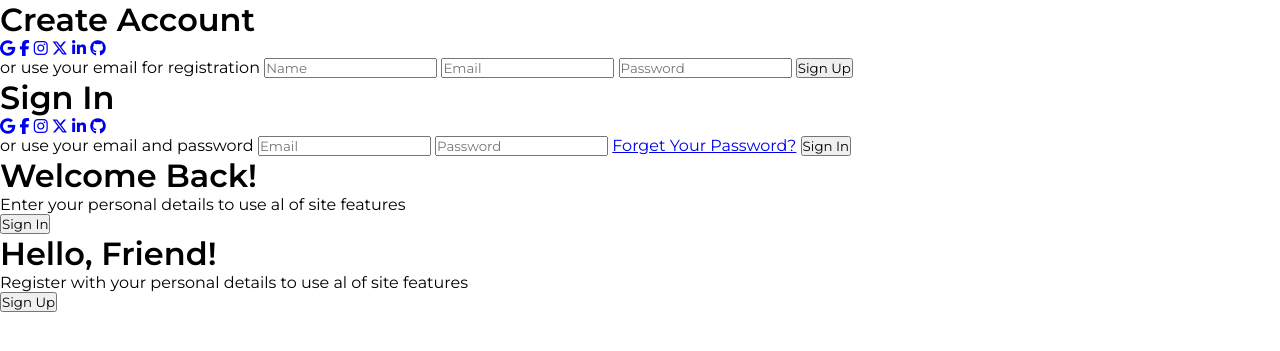
Repository: DevMike1993/Animated_Login_Page
Page: index.html
An editor plug-in stored every save of this project. The page is shown before and after a run of saves, followed by the edit.
The browser window is 1280 px wide. The pictures show the whole page.

Above is the page before, as saved 2023-12-17 19:51:26.

### index.html
<!DOCTYPE html>
<html lang="en">
<head>
    <meta charset="UTF-8">
    <meta name="viewport" content="width=device-width, initial-scale=1.0">
    <link rel="stylesheet" href="https://cdnjs.cloudflare.com/ajax/libs/font-awesome/6.5.1/css/all.min.css">
    <link rel="stylesheet" href="style.css">
    <title>Animated Login Page</title>
</head>
<body>

    <div class="container" id="container">
        <div class="form-container sign-up">
            <form>
                <h1>Create Account</h1>
                <div class="social-icons">
                    <a href="#" class="icon"><i class="fa-brands fa-google"></i></a>
                    <a href="#" class="icon"><i class="fa-brands fa-facebook-f"></i></a>
                    <a href="#" class="icon"><i class="fa-brands fa-instagram"></i></a>
                    <a href="#" class="icon"><i class="fa-brands fa-x-twitter"></i></a>
                    <a href="#" class="icon"><i class="fa-brands fa-linkedin-in"></i></a>
                    <a href="#" class="icon"><i class="fa-brands fa-github"></i></a>
                </div>
                <span>or use your email for registration</span>
                <input type="text" placeholder="Name">
                <input type="email" placeholder="Email">
                <input type="password" placeholder="Password">
                <button>Sign Up</button>
            </form>
        </div>
        <div class="form-container sign-in">
            <form>
                <h1>Sign In</h1>
                <div class="social-icons">
                    <a href="#" class="icon"><i class="fa-brands fa-google"></i></a>
                    <a href="#" class="icon"><i class="fa-brands fa-facebook-f"></i></a>
                    <a href="#" class="icon"><i class="fa-brands fa-instagram"></i></a>
                    <a href="#" class="icon"><i class="fa-brands fa-x-twitter"></i></a>
                    <a href="#" class="icon"><i class="fa-brands fa-linkedin-in"></i></a>
                    <a href="#" class="icon"><i class="fa-brands fa-github"></i></a>
                </div>
                <span>or use your email and password</span>
                <input type="email" placeholder="Email">
                <input type="password" placeholder="Password">
                <a href="#">Forget Your Password?</a>
                <button>Sign In</button>
            </form>
        </div>
        <div class="toggle-container">
            <div class="toggle">
                <div class="toggle-panel toggle-left">
                    <h1>Welcome Back!</h1>
                    <p>Enter your personal details to use al of site features</p>
                    <button class="hiden" id="login">Sign In</button>
                </div>
                <div class="toggle-panel toggle-right">
                    <h1>Hello, Friend!</h1>
                    <p>Register with your personal details to use al of site features</p>
                    <button class="hiden" id="register">Sign Up</button>
                </div>
            </div>
        </div>
    </div>

    <script src="script.js"></script>
</body>
</html>

### style.css
@import url('https://fonts.googleapis.com/css2?family=Montserrat:ital,wght@0,200;0,300;0,400;0,500;0,600;1,200;1,300&family=Poppins&display=swap');

*{
    margin: 0;
    padding: 0;
    box-sizing: border-box;
    font-family: "Montserrat", sans-serif;
}

body{
    background-color: #;
}

Loaded but not shown: script.js (no copy from this time; the picture is the same without it)

After the next 2 saves:
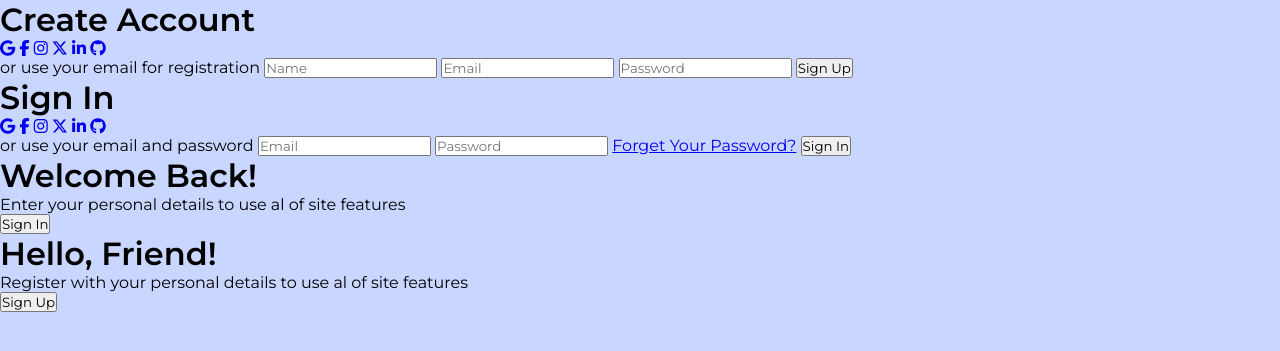
The 2 saves are shown as one change because they came seconds apart.
The last was saved 8 s later.
--- a/style.css
+++ b/style.css
@@ -8,5 +8,5 @@
 }
 
 body{
-    background-color: #;
+    background-color: #c9d6ff;
 }
